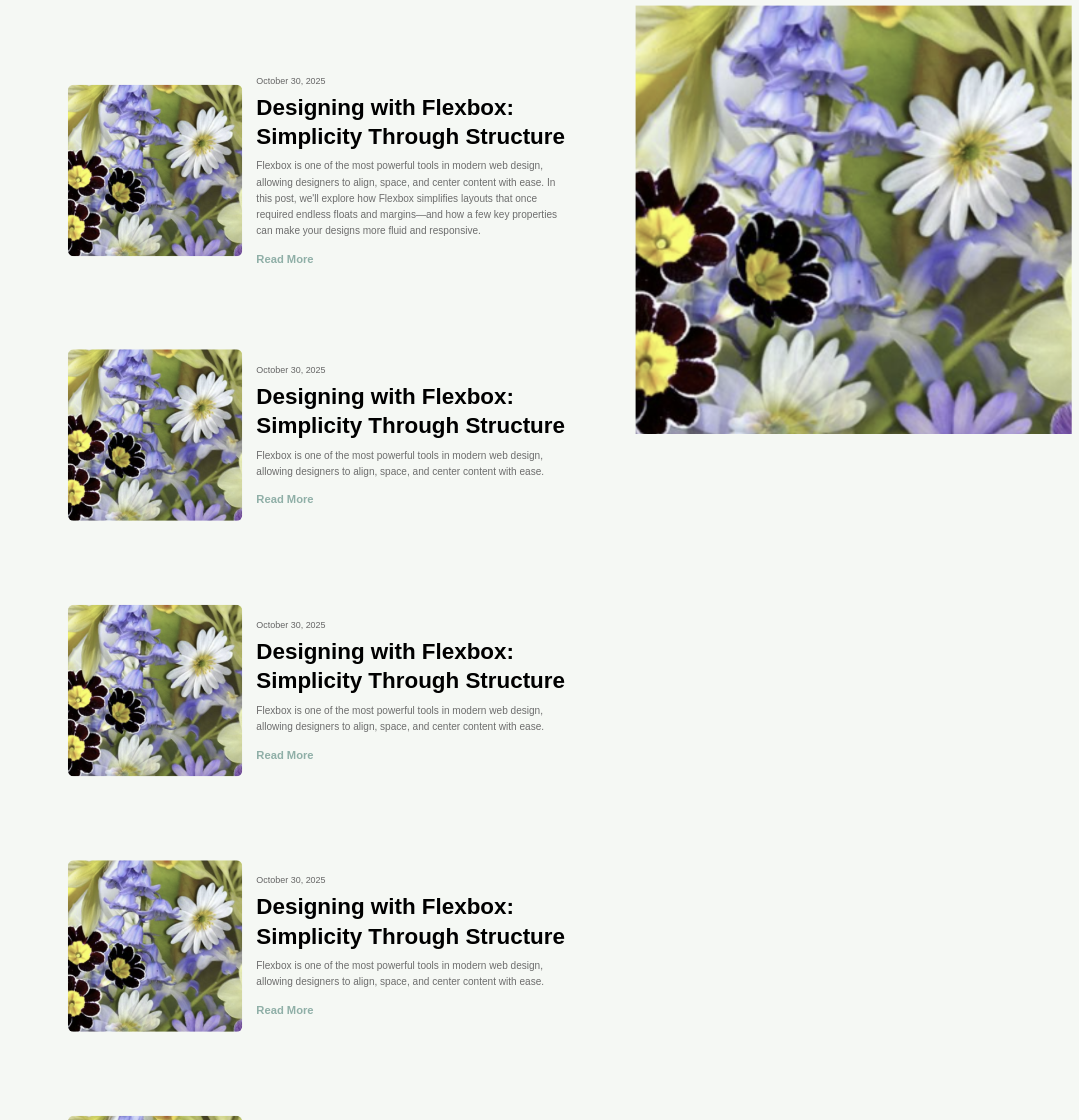
Repository: Brittany-Westlund/WebDesign
Page: Assignment5/grid.html
An editor plug-in stored every save of this project. The page is shown before and after the next save, followed by the edit.
The browser window is 1280 px wide. The page is 1531 px wide, then 1541 px, so the pictures cover 1541 px, including what lies to the right of the window. The pictures show the part of the page from y = 0 to 1600 px (the page is 3750 px tall before and 3760 px after), at 70% of full size.

Above is the page before, as saved 2025-11-18 19:56:57.

After the next save:
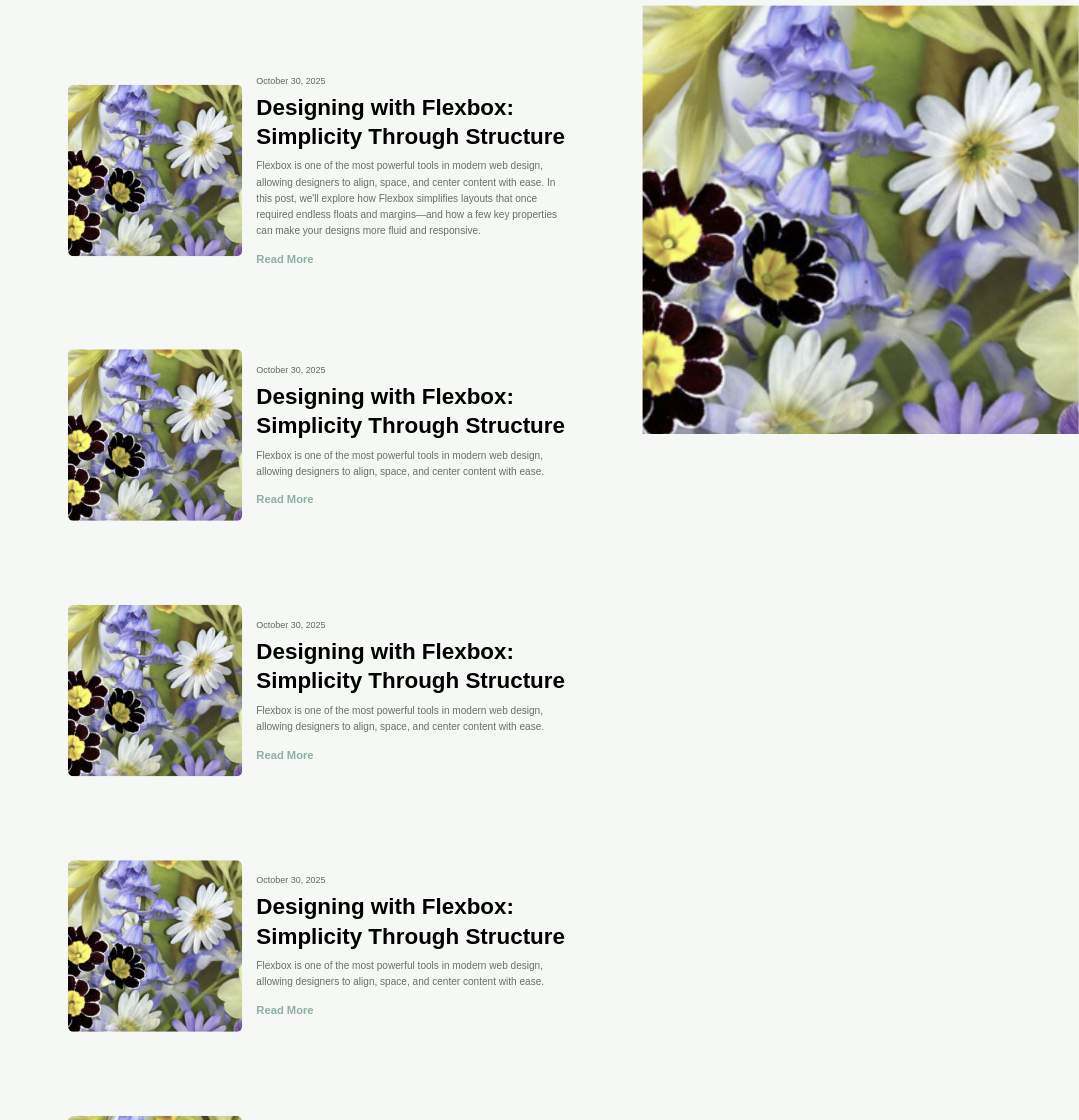
Saved 67 s later.
--- a/Assignment5/style/style.css
+++ b/Assignment5/style/style.css
@@ -124,7 +124,7 @@ body {
 .featured-section {
   display: grid;
   grid-template-columns: 1fr 2fr;
-  gap: 10px;
+  gap: 20px;
 }
 
 
